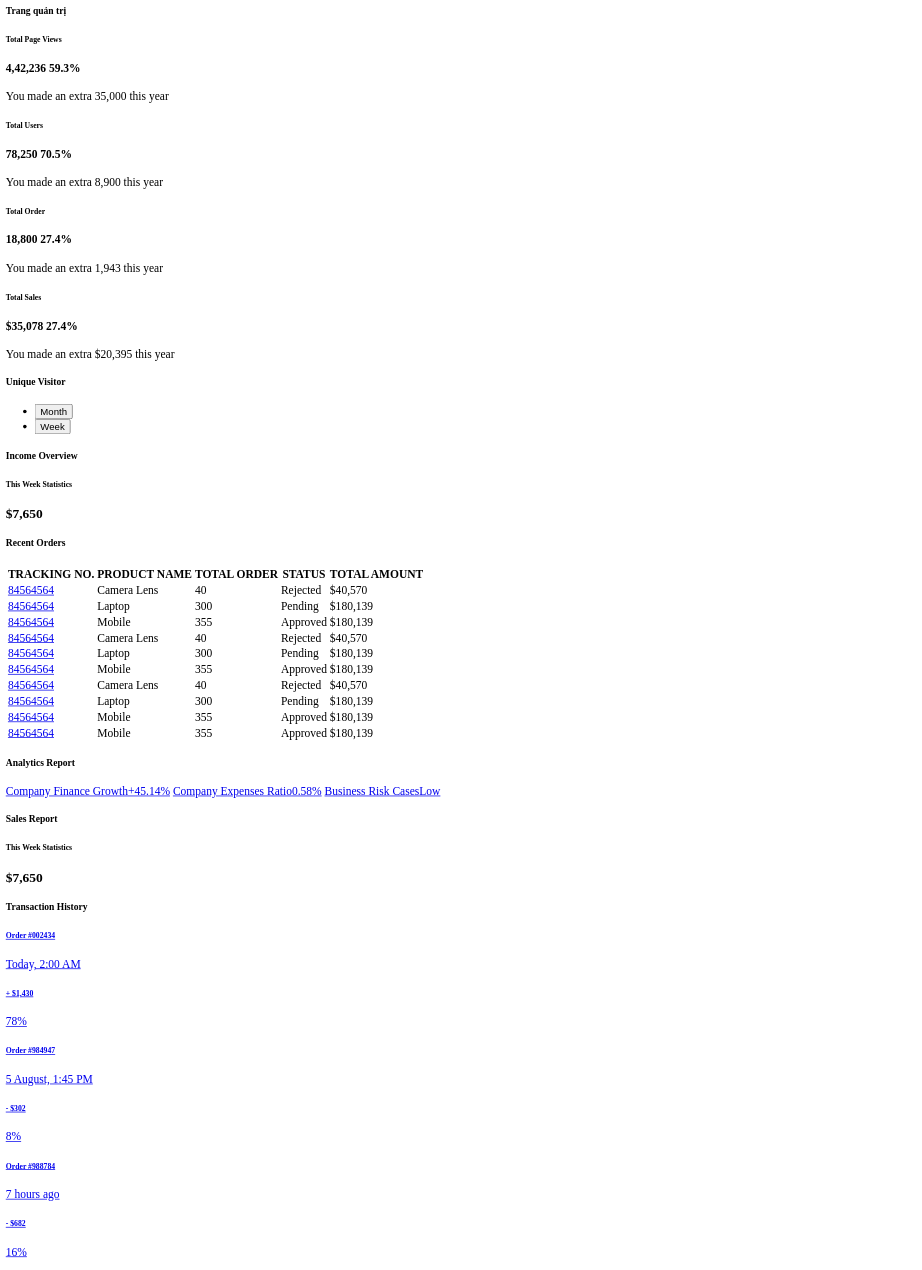
Repository: DucDMinh/LTWebJava_Nhom10
Page: http://localhost/admin/fragments/main
The author's editor kept a copy of each file at every save. The page is drawn from the files as they stood at one save, then again after the next save.
The browser window is 1280 px wide. The pictures show the whole page, at 72% of full size.
The page is this project's Thymeleaf template; nobody is signed in. The template is opened directly, without the code that normally fills it, so the values that code supplies are empty.

Above is the page before, as saved 2025-10-20 00:58:06.

### nhom10/src/main/resources/templates/admin/fragments/main.html
  <!-- [ Main Content ] start -->
  <div class="pc-container" th:fragment="main">
    <div class="pc-content">
      <!-- [ breadcrumb ] start -->
      <div class="page-header">
        <div class="page-block">
          <div class="row align-items-center">
            <div class="col-md-12">
              <div class="page-header-title">
                <h5 class="m-b-10">Trang quản trị</h5>
              </div>
            </div>
          </div>
        </div>
      </div>
      <!-- [ breadcrumb ] end -->
      <!-- [ Main Content ] start -->
      <div class="row">
        <!-- [ sample-page ] start -->

        <div class="col-md-6 col-xl-3">
          <div class="card">
            <div class="card-body">
              <h6 class="mb-2 f-w-400 text-muted">Total Page Views</h6>
              <h4 class="mb-3">4,42,236 <span class="badge bg-light-primary border border-primary"><i
                    class="ti ti-trending-up"></i> 59.3%</span></h4>
              <p class="mb-0 text-muted text-sm">You made an extra <span class="text-primary">35,000</span> this year
              </p>
            </div>
          </div>
        </div>
        <div class="col-md-6 col-xl-3">
          <div class="card">
            <div class="card-body">
              <h6 class="mb-2 f-w-400 text-muted">Total Users</h6>
              <h4 class="mb-3">78,250 <span class="badge bg-light-success border border-success"><i
                    class="ti ti-trending-up"></i> 70.5%</span></h4>
              <p class="mb-0 text-muted text-sm">You made an extra <span class="text-success">8,900</span> this year</p>
            </div>
          </div>
        </div>
        <div class="col-md-6 col-xl-3">
          <div class="card">
            <div class="card-body">
              <h6 class="mb-2 f-w-400 text-muted">Total Order</h6>
              <h4 class="mb-3">18,800 <span class="badge bg-light-warning border border-warning"><i
                    class="ti ti-trending-down"></i> 27.4%</span></h4>
              <p class="mb-0 text-muted text-sm">You made an extra <span class="text-warning">1,943</span> this year</p>
            </div>
          </div>
        </div>
        <div class="col-md-6 col-xl-3">
          <div class="card">
            <div class="card-body">
              <h6 class="mb-2 f-w-400 text-muted">Total Sales</h6>
              <h4 class="mb-3">$35,078 <span class="badge bg-light-danger border border-danger"><i
                    class="ti ti-trending-down"></i> 27.4%</span></h4>
              <p class="mb-0 text-muted text-sm">You made an extra <span class="text-danger">$20,395</span> this year
              </p>
            </div>
          </div>
        </div>

        <div class="col-md-12 col-xl-8">
          <div class="d-flex align-items-center justify-content-between mb-3">
            <h5 class="mb-0">Unique Visitor</h5>
            <ul class="nav nav-pills justify-content-end mb-0" id="chart-tab-tab" role="tablist">
              <li class="nav-item" role="presentation">
                <button class="nav-link" id="chart-tab-home-tab" data-bs-toggle="pill" data-bs-target="#chart-tab-home"
                  type="button" role="tab" aria-controls="chart-tab-home" aria-selected="true">Month</button>
              </li>
              <li class="nav-item" role="presentation">
                <button class="nav-link active" id="chart-tab-profile-tab" data-bs-toggle="pill"
                  data-bs-target="#chart-tab-profile" type="button" role="tab" aria-controls="chart-tab-profile"
                  aria-selected="false">Week</button>
              </li>
            </ul>
          </div>
          <div class="card">
            <div class="card-body">
              <div class="tab-content" id="chart-tab-tabContent">
                <div class="tab-pane" id="chart-tab-home" role="tabpanel" aria-labelledby="chart-tab-home-tab"
                  tabindex="0">
                  <div id="visitor-chart-1"></div>
                </div>
                <div class="tab-pane show active" id="chart-tab-profile" role="tabpanel"
                  aria-labelledby="chart-tab-profile-tab" tabindex="0">
                  <div id="visitor-chart"></div>
                </div>
              </div>
            </div>
          </div>
        </div>
        <div class="col-md-12 col-xl-4">
          <h5 class="mb-3">Income Overview</h5>
          <div class="card">
            <div class="card-body">
              <h6 class="mb-2 f-w-400 text-muted">This Week Statistics</h6>
              <h3 class="mb-3">$7,650</h3>
              <div id="income-overview-chart"></div>
            </div>
          </div>
        </div>

        <div class="col-md-12 col-xl-8">
          <h5 class="mb-3">Recent Orders</h5>
          <div class="card tbl-card">
            <div class="card-body">
              <div class="table-responsive">
                <table class="table table-hover table-borderless mb-0">
                  <thead>
                    <tr>
                      <th>TRACKING NO.</th>
                      <th>PRODUCT NAME</th>
                      <th>TOTAL ORDER</th>
                      <th>STATUS</th>
                      <th class="text-end">TOTAL AMOUNT</th>
                    </tr>
                  </thead>
                  <tbody>
                    <tr>
                      <td><a href="#" class="text-muted">84564564</a></td>
                      <td>Camera Lens</td>
                      <td>40</td>
                      <td><span class="d-flex align-items-center gap-2"><i
                            class="fas fa-circle text-danger f-10 m-r-5"></i>Rejected</span>
                      </td>
                      <td class="text-end">$40,570</td>
                    </tr>
                    <tr>
                      <td><a href="#" class="text-muted">84564564</a></td>
                      <td>Laptop</td>
                      <td>300</td>
                      <td><span class="d-flex align-items-center gap-2"><i
                            class="fas fa-circle text-warning f-10 m-r-5"></i>Pending</span>
                      </td>
                      <td class="text-end">$180,139</td>
                    </tr>
                    <tr>
                      <td><a href="#" class="text-muted">84564564</a></td>
                      <td>Mobile</td>
                      <td>355</td>
                      <td><span class="d-flex align-items-center gap-2"><i
                            class="fas fa-circle text-success f-10 m-r-5"></i>Approved</span></td>
                      <td class="text-end">$180,139</td>
                    </tr>
                    <tr>
                      <td><a href="#" class="text-muted">84564564</a></td>
                      <td>Camera Lens</td>
                      <td>40</td>
                      <td><span class="d-flex align-items-center gap-2"><i
                            class="fas fa-circle text-danger f-10 m-r-5"></i>Rejected</span>
                      </td>
                      <td class="text-end">$40,570</td>
                    </tr>
                    <tr>
                      <td><a href="#" class="text-muted">84564564</a></td>
                      <td>Laptop</td>
                      <td>300</td>
                      <td><span class="d-flex align-items-center gap-2"><i
                            class="fas fa-circle text-warning f-10 m-r-5"></i>Pending</span>
                      </td>
                      <td class="text-end">$180,139</td>
                    </tr>
                    <tr>
                      <td><a href="#" class="text-muted">84564564</a></td>
                      <td>Mobile</td>
                      <td>355</td>
                      <td><span class="d-flex align-items-center gap-2"><i
                            class="fas fa-circle text-success f-10 m-r-5"></i>Approved</span></td>
                      <td class="text-end">$180,139</td>
                    </tr>
                    <tr>
                      <td><a href="#" class="text-muted">84564564</a></td>
                      <td>Camera Lens</td>
                      <td>40</td>
                      <td><span class="d-flex align-items-center gap-2"><i
                            class="fas fa-circle text-danger f-10 m-r-5"></i>Rejected</span>
                      </td>
                      <td class="text-end">$40,570</td>
                    </tr>
                    <tr>
                      <td><a href="#" class="text-muted">84564564</a></td>
                      <td>Laptop</td>
                      <td>300</td>
                      <td><span class="d-flex align-items-center gap-2"><i
                            class="fas fa-circle text-warning f-10 m-r-5"></i>Pending</span>
                      </td>
                      <td class="text-end">$180,139</td>
                    </tr>
                    <tr>
                      <td><a href="#" class="text-muted">84564564</a></td>
                      <td>Mobile</td>
                      <td>355</td>
                      <td><span class="d-flex align-items-center gap-2"><i
                            class="fas fa-circle text-success f-10 m-r-5"></i>Approved</span></td>
                      <td class="text-end">$180,139</td>
                    </tr>
                    <tr>
                      <td><a href="#" class="text-muted">84564564</a></td>
                      <td>Mobile</td>
                      <td>355</td>
                      <td><span class="d-flex align-items-center gap-2"><i
                            class="fas fa-circle text-success f-10 m-r-5"></i>Approved</span></td>
                      <td class="text-end">$180,139</td>
                    </tr>
                  </tbody>
                </table>
              </div>
            </div>
          </div>
        </div>
        <div class="col-md-12 col-xl-4">
          <h5 class="mb-3">Analytics Report</h5>
          <div class="card">
            <div class="list-group list-group-flush">
              <a href="#"
                class="list-group-item list-group-item-action d-flex align-items-center justify-content-between">Company
                Finance Growth<span class="h5 mb-0">+45.14%</span></a>
              <a href="#"
                class="list-group-item list-group-item-action d-flex align-items-center justify-content-between">Company
                Expenses Ratio<span class="h5 mb-0">0.58%</span></a>
              <a href="#"
                class="list-group-item list-group-item-action d-flex align-items-center justify-content-between">Business
                Risk Cases<span class="h5 mb-0">Low</span></a>
            </div>
            <div class="card-body px-2">
              <div id="analytics-report-chart"></div>
            </div>
          </div>
        </div>

        <div class="col-md-12 col-xl-8">
          <h5 class="mb-3">Sales Report</h5>
          <div class="card">
            <div class="card-body">
              <h6 class="mb-2 f-w-400 text-muted">This Week Statistics</h6>
              <h3 class="mb-0">$7,650</h3>
              <div id="sales-report-chart"></div>
            </div>
          </div>
        </div>
        <div class="col-md-12 col-xl-4">
          <h5 class="mb-3">Transaction History</h5>
          <div class="card">
            <div class="list-group list-group-flush">
              <a href="#" class="list-group-item list-group-item-action">
                <div class="d-flex">
                  <div class="flex-shrink-0">
                    <div class="avtar avtar-s rounded-circle text-success bg-light-success">
                      <i class="ti ti-gift f-18"></i>
                    </div>
                  </div>
                  <div class="flex-grow-1 ms-3">
                    <h6 class="mb-1">Order #002434</h6>
                    <p class="mb-0 text-muted">Today, 2:00 AM</P>
                  </div>
                  <div class="flex-shrink-0 text-end">
                    <h6 class="mb-1">+ $1,430</h6>
                    <p class="mb-0 text-muted">78%</P>
                  </div>
                </div>
              </a>
              <a href="#" class="list-group-item list-group-item-action">
                <div class="d-flex">
                  <div class="flex-shrink-0">
                    <div class="avtar avtar-s rounded-circle text-primary bg-light-primary">
                      <i class="ti ti-message-circle f-18"></i>
                    </div>
                  </div>
                  <div class="flex-grow-1 ms-3">
                    <h6 class="mb-1">Order #984947</h6>
                    <p class="mb-0 text-muted">5 August, 1:45 PM</P>
                  </div>
                  <div class="flex-shrink-0 text-end">
                    <h6 class="mb-1">- $302</h6>
                    <p class="mb-0 text-muted">8%</P>
                  </div>
                </div>
              </a>
              <a href="#" class="list-group-item list-group-item-action">
                <div class="d-flex">
                  <div class="flex-shrink-0">
                    <div class="avtar avtar-s rounded-circle text-danger bg-light-danger">
                      <i class="ti ti-settings f-18"></i>
                    </div>
                  </div>
                  <div class="flex-grow-1 ms-3">
                    <h6 class="mb-1">Order #988784</h6>
                    <p class="mb-0 text-muted">7 hours ago</P>
                  </div>
                  <div class="flex-shrink-0 text-end">
                    <h6 class="mb-1">- $682</h6>
                    <p class="mb-0 text-muted">16%</P>
                  </div>
                </div>
              </a>
            </div>
          </div>
        </div>
      </div>
    </div>
  </div>
  <!-- [ Main Content ] end -->

After the next save:
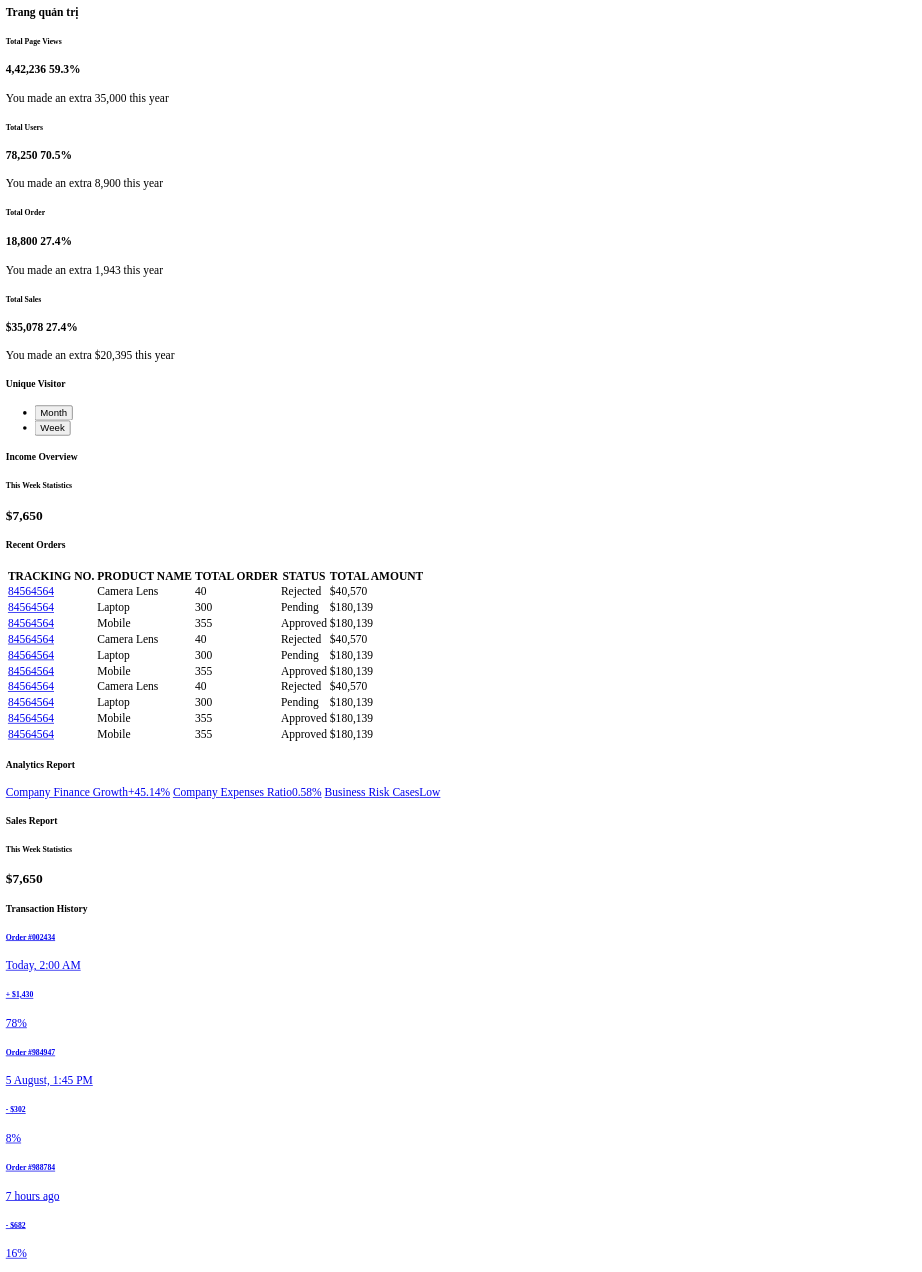
Saved 15 s later.
--- a/nhom10/src/main/resources/templates/admin/fragments/main.html
+++ b/nhom10/src/main/resources/templates/admin/fragments/main.html
@@ -7,7 +7,7 @@
           <div class="row align-items-center">
             <div class="col-md-12">
               <div class="page-header-title">
-                <h5 class="m-b-10">Trang quản trị</h5>
+                <h4 class="m-b-10">Trang quản trị</h4>
               </div>
             </div>
           </div>
